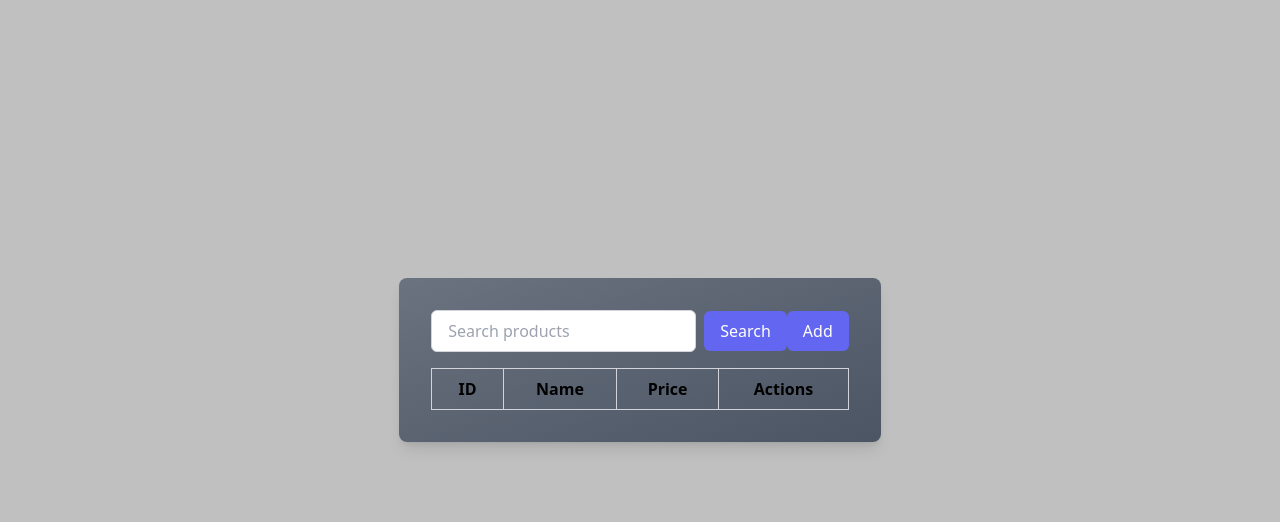
Repository: shaafsalman/product-Management-MERN
Page: /home (app in frontend/)
The author's editor kept a copy of each file at every save. The page is drawn from the files as they stood at one save, then again after the next save.
The browser window is 1280 px wide. The pictures show the whole page.
The page's requests for data from a server got no answer. The project was rebuilt for these pictures with package versions that can differ from the ones it lists, and the page was loaded fresh each time. No one was signed in, and anything a server would have sent is missing. Also part of the build but not shown: frontend/vite.config.js, frontend/src/Cards/mesgCard.jsx, frontend/src/Pages/Login.jsx, frontend/src/Pages/SighnUp.jsx, frontend/src/Pages/NoPage.jsx, frontend/src/Pages/addproduct.jsx.

Above is the page before, as saved 2024-05-14 01:33:37.

### frontend/src/App.jsx
import React from 'react';
import { BrowserRouter as Router, Routes, Route, Navigate } from 'react-router-dom';
import Login from "./Pages/Login"
import Signup from "./Pages/SighnUp"
import NoPage from './Pages/NoPage';
import Home from './Pages/Home';

const App = () => {
  return (
    <div className="App">
      <Router>
        <div>
          <Routes>
            <Route path="/" element={<Login/>} />
            <Route path="/login" element={<Login />} />
            <Route path="/login" element={<Login />} />
            <Route path="/signup" element={<Signup />} />
            <Route path="/register" element={<Signup />} />
            <Route path="/home" element={<Home />} />
            <Route path="/*" element={<NoPage />} />
          </Routes>
        </div>
      </Router>
    </div>
  );
};


export default App;

### frontend/src/index.css
@tailwind base;
@tailwind components;
@tailwind utilities;


*
{
  margin: 0;
  padding: 0;
  box-sizing: border-box;
}

body,html
{
  background-color:silver
}

### frontend/src/Pages/Home.jsx
import React, { useState, useEffect } from 'react';
import axios from 'axios';
import AddProduct from './addproduct'; // Import the AddProduct component

const Home = () => {
  const [products, setProducts] = useState([]);
  const [searchTerm, setSearchTerm] = useState('');
  const [searchResults, setSearchResults] = useState([]);
  const [showAddProduct, setShowAddProduct] = useState(false);

  useEffect(() => {
    fetchProducts();
  }, []);

  const fetchProducts = async () => {
    try {
      const response = await axios.get('/products');
      setProducts(response.data || []);
    } catch (error) {
      console.error('Error fetching products:', error);
    }
  };

  const handleSearch = () => {
    const results = products.filter(product =>
      product.name.toLowerCase().includes(searchTerm.toLowerCase())
    );
    setSearchResults(results);
  };

  const showAdd = () => {
    setShowAddProduct(true);
  };

  const toggleAddProduct = () => {
    setShowAddProduct(!showAddProduct);
  };

  const handleAddProduct = (newProduct) => {
    setProducts([...products, newProduct]);
    setSearchResults([...searchResults, newProduct]);
  };
  return (
    <div className="flex justify-center items-center h-screen">
      <div className="max-w-lg rounded-lg overflow-hidden shadow-lg bg-gradient-to-br from-gray-500 to-gray-600">
        <div className="p-8">
          <div className="flex justify-between items-center mb-4">
            {showAddProduct && <AddProduct onClose={toggleAddProduct} onAdd={handleAddProduct} />}
            <div className="flex items-center">
              <input
                type="text"
                placeholder="Search products"
                value={searchTerm}
                onChange={e => setSearchTerm(e.target.value)}
                className="px-4 py-2 border border-gray-300 rounded-md focus:outline-none focus:border-indigo-500 mr-2"
              />
              <button
                onClick={handleSearch}
                className="px-4 py-2 bg-indigo-500 text-white rounded-md focus:outline-none focus:bg-indigo-600"
              >
                Search
              </button>
            </div>
            <button
              onClick={toggleAddProduct}
              className="px-4 py-2 bg-indigo-500 text-white rounded-md focus:outline-none focus:bg-indigo-600"
            >
              Add
            </button>
          </div>
          <table className="w-full border-collapse border border-gray-300">
            <thead>
              <tr>
                <th className="border border-gray-300 px-4 py-2">ID</th>
                <th className="border border-gray-300 px-4 py-2">Name</th>
                <th className="border border-gray-300 px-4 py-2">Price</th>
                <th className="border border-gray-300 px-4 py-2">Actions</th>
              </tr>
            </thead>
            <tbody>
              {searchResults.map(product => (
                <tr key={product.id}>
                  <td className="border border-gray-300 px-4 py-2">{product.id}</td>
                  <td className="border border-gray-300 px-4 py-2">{product.name}</td>
                  <td className="border border-gray-300 px-4 py-2">{product.price}</td>
                  <td className="border border-gray-300 px-4 py-2">
                    <button className="bg-blue-500 text-white px-2 py-1 rounded-md mr-2">Update</button>
                    <button className="bg-red-500 text-white px-2 py-1 rounded-md">Delete</button>
                  </td>
                </tr>
              ))}
            </tbody>
          </table>
        </div>
      </div>
    </div>
  );


};

export default Home;

Loaded but not shown: frontend/index.html (common file); frontend/src/main.jsx (common file); frontend/tailwind.config.js (common file)

After the next save:
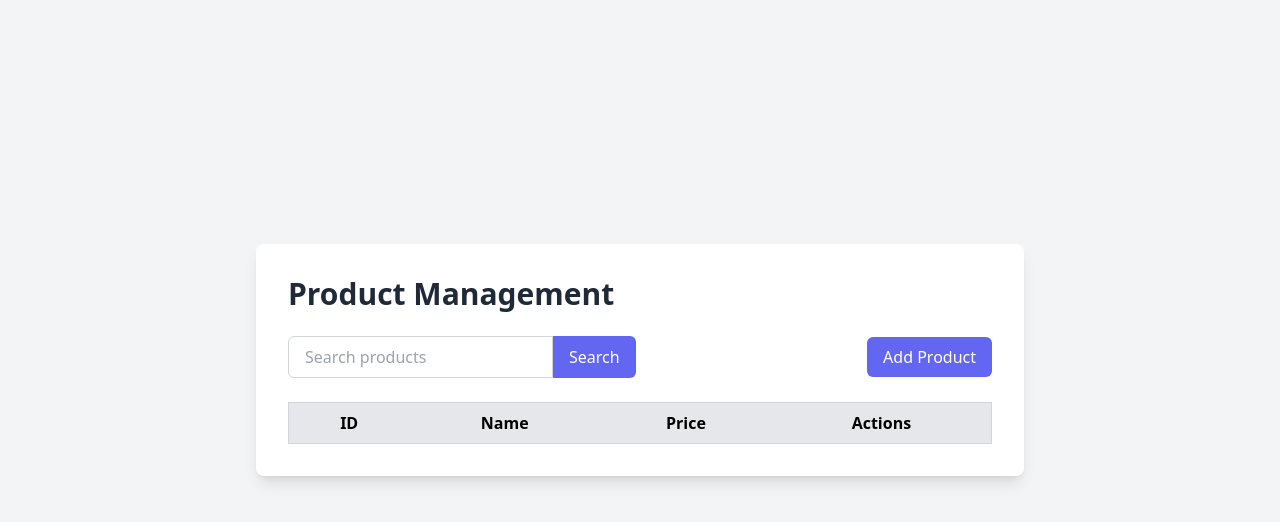
Saved 6 min 1 s later.
--- a/frontend/src/Pages/Home.jsx
+++ b/frontend/src/Pages/Home.jsx
@@ -41,62 +41,65 @@ const Home = () => {
     setSearchResults([...searchResults, newProduct]);
   };
   return (
-    <div className="flex justify-center items-center h-screen">
-      <div className="max-w-lg rounded-lg overflow-hidden shadow-lg bg-gradient-to-br from-gray-500 to-gray-600">
-        <div className="p-8">
-          <div className="flex justify-between items-center mb-4">
-            {showAddProduct && <AddProduct onClose={toggleAddProduct} onAdd={handleAddProduct} />}
-            <div className="flex items-center">
-              <input
-                type="text"
-                placeholder="Search products"
-                value={searchTerm}
-                onChange={e => setSearchTerm(e.target.value)}
-                className="px-4 py-2 border border-gray-300 rounded-md focus:outline-none focus:border-indigo-500 mr-2"
-              />
-              <button
-                onClick={handleSearch}
-                className="px-4 py-2 bg-indigo-500 text-white rounded-md focus:outline-none focus:bg-indigo-600"
-              >
-                Search
-              </button>
-            </div>
+    <div className="flex justify-center items-center min-h-screen bg-gray-100">
+      <div className="max-w-screen-md w-full bg-white shadow-lg rounded-lg p-8">
+        <h2 className="text-3xl font-semibold text-gray-800 mb-6">Product Management</h2>
+        <div className="flex items-center justify-between mb-6">
+          <div className="flex">
+            <input
+              type="text"
+              placeholder="Search products"
+              value={searchTerm}
+              onChange={(e) => setSearchTerm(e.target.value)}
+              className="px-4 py-2 border border-gray-300 rounded-l-md focus:outline-none focus:border-indigo-500"
+            />
             <button
-              onClick={toggleAddProduct}
-              className="px-4 py-2 bg-indigo-500 text-white rounded-md focus:outline-none focus:bg-indigo-600"
+              onClick={handleSearch}
+              className="px-4 py-2 bg-indigo-500 text-white rounded-r-md hover:bg-indigo-600 focus:outline-none focus:bg-indigo-600"
             >
-              Add
+              Search
             </button>
           </div>
-          <table className="w-full border-collapse border border-gray-300">
-            <thead>
-              <tr>
-                <th className="border border-gray-300 px-4 py-2">ID</th>
-                <th className="border border-gray-300 px-4 py-2">Name</th>
-                <th className="border border-gray-300 px-4 py-2">Price</th>
-                <th className="border border-gray-300 px-4 py-2">Actions</th>
+          <button
+            onClick={toggleAddProduct}
+            className="px-4 py-2 bg-indigo-500 text-white rounded-md hover:bg-indigo-600 focus:outline-none focus:bg-indigo-600"
+          >
+            Add Product
+          </button>
+        </div>
+        <table className="w-full border-collapse border border-gray-300">
+          <thead>
+            <tr className="bg-gray-200">
+              <th className="px-4 py-2">ID</th>
+              <th className="px-4 py-2">Name</th>
+              <th className="px-4 py-2">Price</th>
+              <th className="px-4 py-2">Actions</th>
+            </tr>
+          </thead>
+          <tbody>
+            {searchResults.map(product => (
+              <tr key={product.id}>
+                <td className="px-4 py-2">{product.id}</td>
+                <td className="px-4 py-2">{product.name}</td>
+                <td className="px-4 py-2">{product.price}</td>
+                <td className="px-4 py-2">
+                  <button className="bg-blue-500 text-white px-2 py-1 rounded-md mr-2 hover:bg-blue-600 focus:outline-none focus:bg-blue-600">Update</button>
+                  <button className="bg-red-500 text-white px-2 py-1 rounded-md hover:bg-red-600 focus:outline-none focus:bg-red-600">Delete</button>
+                </td>
               </tr>
-            </thead>
-            <tbody>
-              {searchResults.map(product => (
-                <tr key={product.id}>
-                  <td className="border border-gray-300 px-4 py-2">{product.id}</td>
-                  <td className="border border-gray-300 px-4 py-2">{product.name}</td>
-                  <td className="border border-gray-300 px-4 py-2">{product.price}</td>
-                  <td className="border border-gray-300 px-4 py-2">
-                    <button className="bg-blue-500 text-white px-2 py-1 rounded-md mr-2">Update</button>
-                    <button className="bg-red-500 text-white px-2 py-1 rounded-md">Delete</button>
-                  </td>
-                </tr>
-              ))}
-            </tbody>
-          </table>
+            ))}
+          </tbody>
+        </table>
+      </div>
+      {showAddProduct && (
+        <div className="fixed top-0 left-0 w-full h-full bg-gray-900 bg-opacity-75 flex justify-center items-center">
+          <div className="max-w-md w-full bg-white shadow-lg rounded-lg p-8">
+            {/* Add product form component goes here */}
+          </div>
         </div>
-      </div>
+      )}
     </div>
   );
-
-
 };
 
 export default Home;
